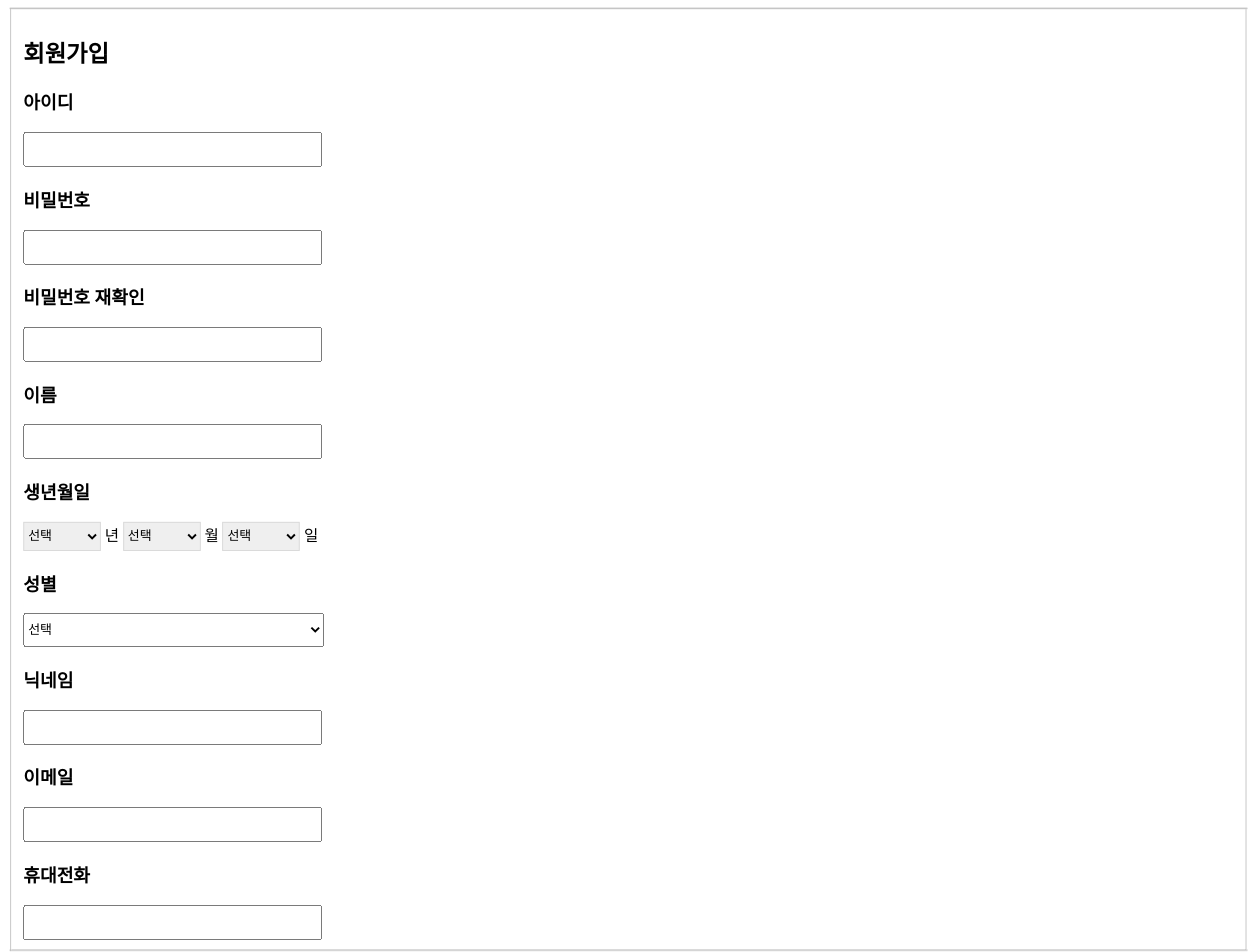
Repository: agheha/trillion
Page: YH/login/login.html
An editor plug-in stored every save of this project. The page is shown before and after a run of saves, followed by the edit.
The browser window is 1280 px wide. The page is 1288 px wide, then 1291 px, so the pictures cover 1291 px, including what lies to the right of the window. The pictures show the whole page, at 97% of full size.

Above is the page before, as saved 2019-09-03 18:11:39.

### YH/login/login.html
<!DOCTYPE html>
<html lang="en">
<head>
    <meta charset="UTF-8">
    <meta name="viewport" content="width=device-width, initial-scale=1.0">
    <meta http-equiv="X-UA-Compatible" content="ie=edge">
    <title>Document</title>
    <link rel="stylesheet" href="login.css">
</head>
<body>
    <form>
        <fieldset>
            <h2>회원가입</h2>
                <h3>아이디</h3>
                <div><input class="user_id" type="text" name="msg"></div>
                <h3>비밀번호</h3>
                <div><input type="password" name="pass"></div>
                <h3>비밀번호 재확인</h3>
                <div><input type="password" name="pass"></div>
                <h3>이름</h3>
                <div><input type="text" name="name"></div>
                <h3>생년월일</h3>
                <div>
                    <select id="birth_year" name="year">
                        <option value="1">서울</option>
                        <option value="2">대구</option>
                        <option value="0" selected>선택</option>
                    </select> 년
                    <select id="birth_month" name="month">
                        <option value="1">서울</option>
                        <option value="2">대구</option>
                        <option value="0" selected>선택</option>
                    </select> 월
                    <select id="birth_date" name="date">
                        <option value="1">서울</option>
                        <option value="2">대구</option>
                        <option value="0" selected>선택</option>
                    </select> 일
                </div>
                <h3>성별</h3>
                <div>
                     <select id="gender" name="gender">
                        <option value="1">서울</option>
                        <option value="2">대구</option>
                        <option value="0" selected>선택</option>
                    </select>
                </div>
                <h3>닉네임</h3>
                <div><input type="password" name="nicname"></div>
                <h3>이메일</h3>
                <div></div><input type="email" name="email" required></div>
                <h3>휴대전화</h3>
                <div></div><input type="text" name="phnum"></div>
        </fieldset>
    </form>
</body>
</html>

### YH/login/login.css
body,html {
    width : 100%;
    height: 100%;
    margin: 0, auto;
}
input{
    width: 300px;
    height: 30px;
}

#gender{
    width: 310px;
    height: 35px;
}
#birth_year,#birth_month,#birth_date {
    width: 80px;
    height: 30px;
    border: 1px solid #dadada;
}

After the next 3 saves:
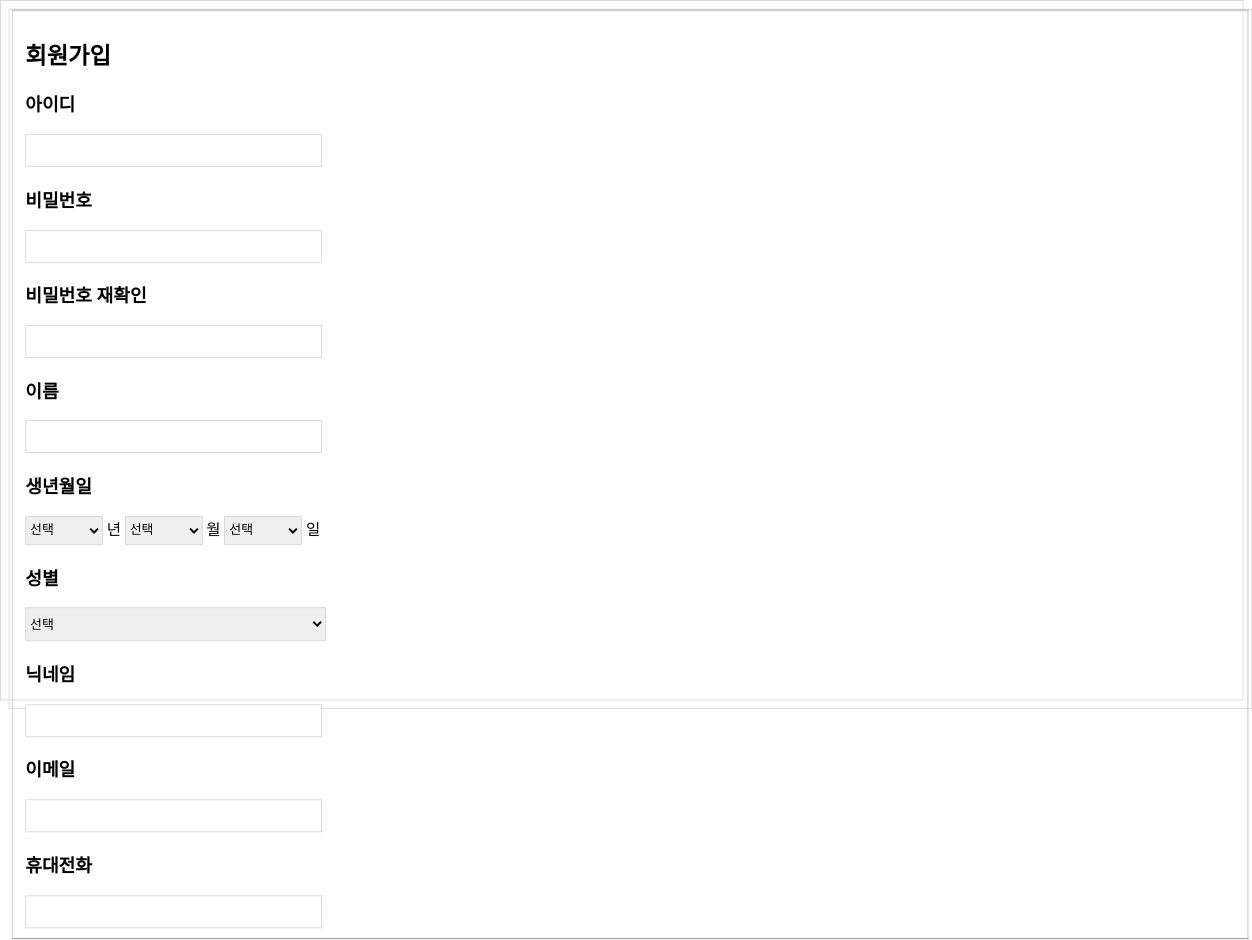
The 3 saves are shown as one change because they came seconds apart.
The last was saved 22 s later.
--- a/YH/login/login.css
+++ b/YH/login/login.css
@@ -2,15 +2,18 @@ body,html {
     width : 100%;
     height: 100%;
     margin: 0, auto;
+    border: 1px solid #dadada;
 }
 input{
     width: 300px;
     height: 30px;
+    border: 1px solid #dadada;
 }
 
 #gender{
     width: 310px;
     height: 35px;
+    border: 1px solid #dadada;
 }
 #birth_year,#birth_month,#birth_date {
     width: 80px;
